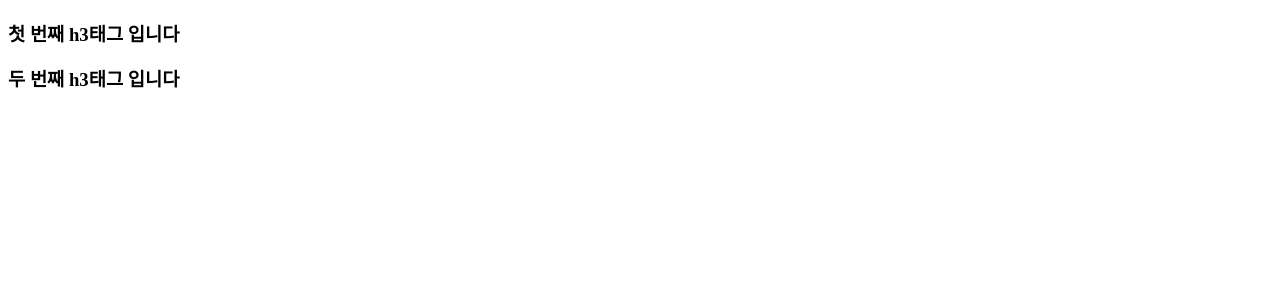
Repository: HyoJun00/Vue_JS
Page: Component/src/main/webapp/index.html
The author's editor kept a copy of each file at every save. The page is drawn from the files as they stood at one save, then again after the next save.
The browser window is 1280 px wide. The pictures show the whole page.

Above is the page before, as saved 2025-07-15 05:37:15.

After the next save:
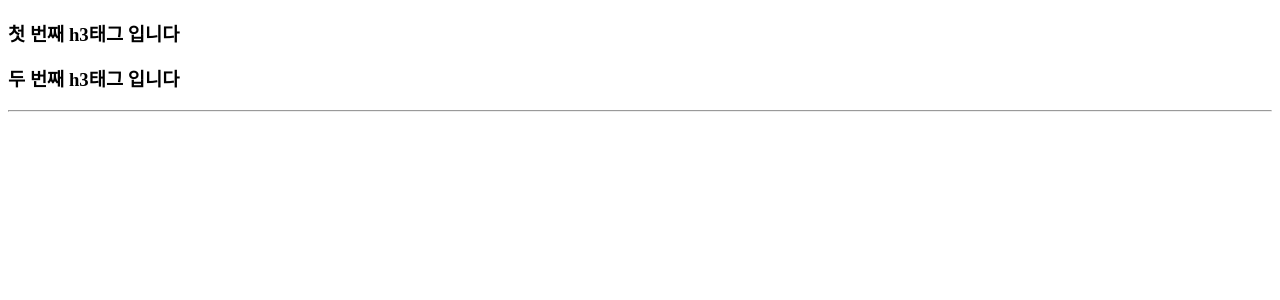
Saved 103 s later.
--- a/Component/src/main/webapp/index.html
+++ b/Component/src/main/webapp/index.html
@@ -16,6 +16,10 @@
 		var test1 = new Vue({
 			el : '#test1'
 		})
+
+		var test2 = new Vue({
+			el : '#test2'
+		})
 	}
 </script>
 </head>
@@ -23,5 +27,9 @@
 	<div id="test1">
 		<component1></component1>
 	</div>
+	<hr/>
+	<div id="test2">
+
+	</div>
 </body>
 </html>
